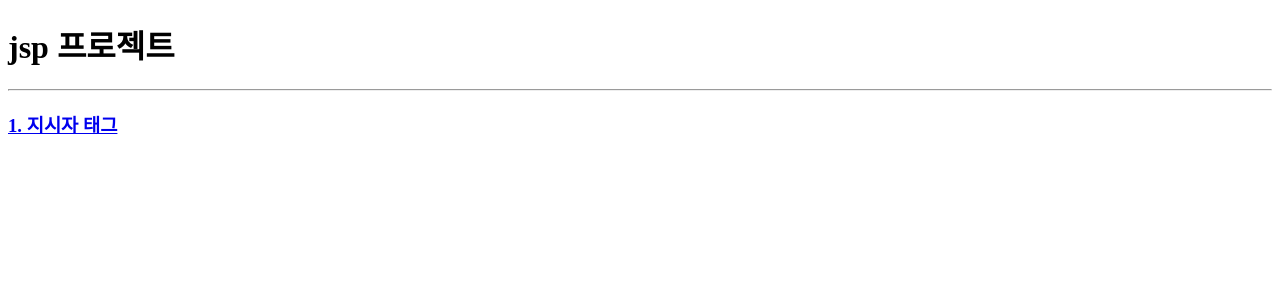
Repository: beescuit9510/toyProjects
Page: http://localhost/04_jspProject/
These files come from the project's save history. The page is drawn as it stood at one moment and after the next save; the edit follows.
The browser window is 1280 px wide. The pictures show the whole page.
The page is served by Tomcat 9.

Above is the page before, as saved 2021-09-30 03:13:20.

### web-server-workplace/04_jspProject/src/main/webapp/index.jsp
<%@ page language="java" contentType="text/html; charset=UTF-8"
    pageEncoding="UTF-8"%>
<!DOCTYPE html>
<html>
<head>
<meta charset="UTF-8">
<title>Insert title here</title>
</head>
<body>
	<h1>jsp 프로젝트</h1>
	<hr>
	<h3><a href="/jsp/directiveTag.jsp">1. 지시자 태그</a></h3>
</body>
</html>

### web-server-workplace/04_jspProject/src/main/webapp/jsp/test.jsp
<%@ page language="java" contentType="text/html; charset=UTF-8"
    pageEncoding="UTF-8"%>
<!DOCTYPE html>
	<h3>이건 테스트 jsp 입니다</h3>
	<script>
		function func1(){
			alert("함수실행");
		}
	</script>

After the next save:
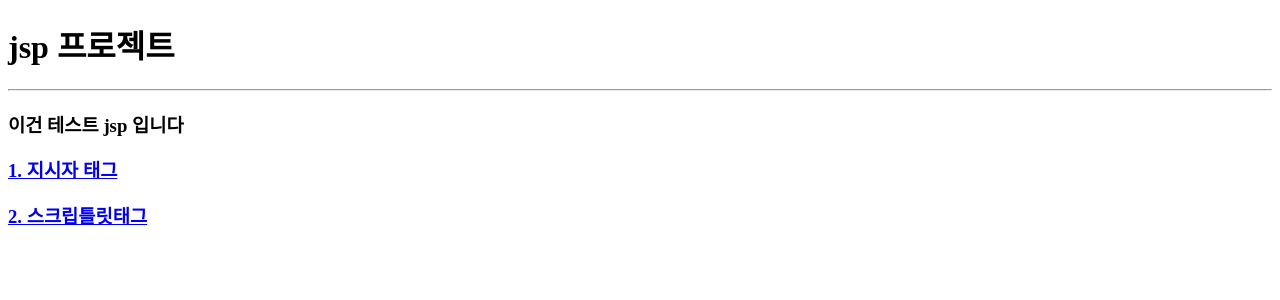
Saved 95 s later.
--- a/web-server-workplace/04_jspProject/src/main/webapp/index.jsp
+++ b/web-server-workplace/04_jspProject/src/main/webapp/index.jsp
@@ -9,6 +9,8 @@
 <body>
 	<h1>jsp 프로젝트</h1>
 	<hr>
+	<%@include file="/jsp/test.jsp" %>
 	<h3><a href="/jsp/directiveTag.jsp">1. 지시자 태그</a></h3>
+	<h3><a href="/jsp/scriptlet.jsp">2. 스크립틀릿태그</a></h3>
 </body>
 </html>
